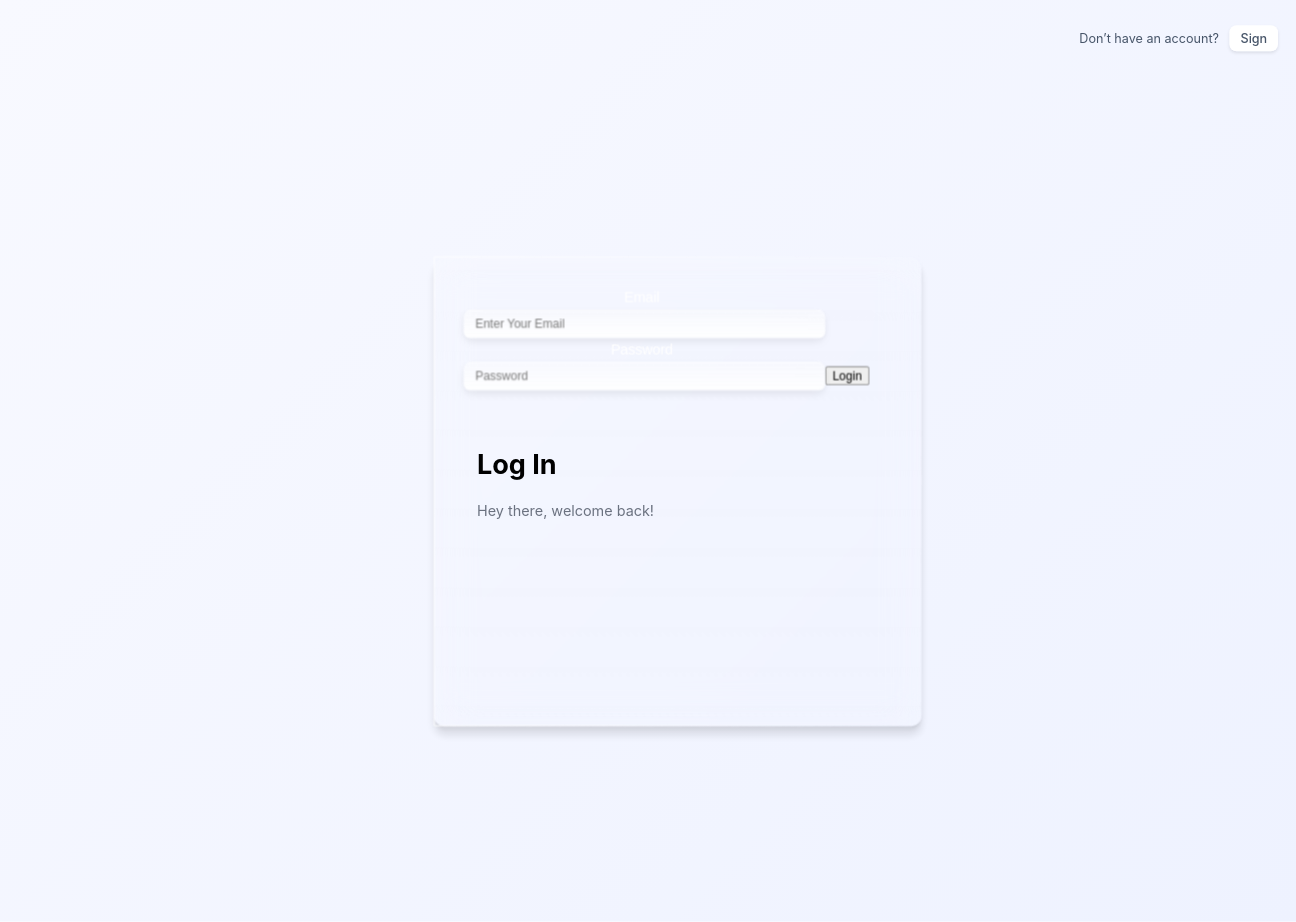
Repository: AfifaNoor/Admin_Panel-React-
Page: /sign-up
The author's editor kept a copy of each file at every save. The page is drawn from the files as they stood at one save, then again after the next save.
The browser window is 1280 px wide. The page is 1440 px wide, so the pictures cover 1440 px, including what lies to the right of the window. The pictures show the whole page, at 90% of full size.
The project was rebuilt for these pictures with package versions that can differ from the ones it lists, and the page was loaded fresh each time. Also part of the build but not shown: src/SignUp.jsx.

Above is the page before, as saved 2025-07-10 16:09:41.

### src/App.js
import React from 'react'
import LoginPage from './LoginPage'
import { RouterProvider } from 'react-router-dom'
import Router from './Router'

const App = () => {
  return (
    <>
      {/* <RouterProvider router={Router}/> */}
      <LoginPage/>
    </>


  )
}

export default App

### src/LoginPage.jsx
import React, { useState } from 'react'
// import {Navigate, useNavigate} from 'react-router-dom';
import "./LoginPage.css"
import { ToastContainer, toast } from 'react-toastify';
import 'react-toastify/dist/ReactToastify.css';

const LoginPage = () => {
    const[email , setEmail]=useState('')
    const [password , setPassword] = useState('')
    // const navigate= useNavigate();

const handleSubmit =(e)=>{
    e.preventDefault();

 const hardcoreMail="login@gmail.com";
 const hardcorePassword = '1234567'

    if (email=== hardcoreMail && password === hardcorePassword){
        alert("Login Successfull")

    }else{
        alert("Invalid Credential")
    }

}



  return (
 <div className="login-container">

      <div className="signup-redirect">
        <p>
          Don’t have an account?{' '}
          {/* <span className="signup-link" onClick={() => navigate('/sign-up')}> */}
            {/* Sign Up */}
          {/* </span> */}
          <span className="signup-link" >
            Sign
          </span>
        </p>
      </div>

      <div className="title">
        <h1>Log In</h1>
        <p>Hey there, welcome back!</p>
      </div>

    <div>



    </div>

      <form className="login-form" onSubmit={handleSubmit}>
      <label className='form-label'>Email</label>
        <input
          type="email"
          className="form-input"
          value={email}
          placeholder="Enter Your Email"
          onChange={(e) => setEmail(e.target.value)}
          required
        />

        <label className='form-label'>Password</label>
        <input
          type="password"
          className="form-input"
          placeholder="Password"
          value={password}
          onChange={(e) => setPassword(e.target.value)}
          required
        />

        <button className="login-btn" type="submit">
          Login
        </button>

        {/* <ToastContainer /> */}
      </form>
    </div>
  );
}

export default LoginPage

### src/Router.jsx
import React from 'react';
import { createBrowserRouter , createRoutesFromElements , Route } from 'react-router-dom';
import LoginPage from './LoginPage';
import SignUp from './SignUp';

const Router = createBrowserRouter(
  createRoutesFromElements(
    <>

      <Route path='/sign-up' element={<SignUp/>}/>
      <Route path='login-page' element={<LoginPage/>}/>
    </>
  )
)

export default Router;

### src/LoginPage.css
.login-container {
  width: 1440px;
  height: 1024px;
  /* background: #FFFFFF; */
  opacity: 1;
  transform: rotate(0deg);
  display: flex;
  justify-content: center;
  align-items: center;
  background: linear-gradient(135deg, #f8f9ff, #eef2ff);
  flex-direction: column;
  /* font-family: 'Inter','sans-serif'; */
  position: relative;


}
.signup-redirect {
  position: absolute;
  top: 20px;
  right: 20px;
  font-size: 14px;
  color: #475569;
}

.signup-link {
  background: #ffffff;
  border-radius: 8px;
  padding: 6px 12px;
  margin-left: 8px;
  box-shadow: 0 2px 4px rgba(0,0,0,0.1);
  cursor: pointer;
  font-weight: 500;
  transition: all 0.3s ease;
}

.signup-link:hover {
  background: #f0f0f0;
}



.title{
  z-index: 3;
  width: 380px;
  height: 72px;
  opacity: 1;
  gap: 10px;
  margin-bottom: ;

}

.title h1 {
width: 380px;
height: 40px;
font-family: 'Inter', sans-serif;
font-weight: 600px;
font-size: 30px;
line-height: 40px;
letter-spacing: -1%;
}

.title p{
  font-size: 16px;
  font-style: Inter;
  font-weight: 400px;
  font-style:normal;
  line-height: 22px;
  letter-spacing: -1%;
  color: rgba(107, 114, 128, 1);

}

.login-form{
  width: 476px;
  height: 456px;
  position: absolute;
  top: 284.5px;
  left: 482px;
  border-radius: 12px;
  padding: 32px;
  gap: 10px;
  opacity: 1;
  flex-direction: column;

  z-index: 2;

  background: linear-gradient(180deg, rgba(255, 255, 255, 0) -9.58%, rgba(255, 255, 255, 0.052) 100%);
  border: 1px solid transparent;
  border-image-source: linear-gradient(93.78deg, #FFFFFF 8.04%, rgba(255, 255, 255, 0) 100%);
  border-image-slice: 1;


-webkit-backdrop-filter: blur(20px);
backdrop-filter: blur(20px);

box-shadow:
  0px 10px 10px 0px rgba(0, 0, 0, 0.10),
  0px 4px 4px 0px rgba(0, 0, 0, 0.05),
  0px 1px 0px 0px rgba(0, 0, 0, 0.05),
  inset 0px 20px 50px 0px rgba(255, 255, 255, 0.15);

}

.form-label{
width: 380px;
height: 22px;
transform: rotate(0deg);
opacity: 1;
gap: 12px;

font-family: 'Intern',sans-serif;
font-weight: 500px;
font-size: 16px;
line-height: 22px;
letter-spacing: -0.01em;

color:#FFFFFF;


border: none;
border-radius: 6px;
padding: 2px 8px;
cursor: pointer;
display: inline-flex;
align-items: center;
justify-content: center;

}

.form-input{

 width: 380px;
  height: 20px;
  min-width: 140px;
  max-width: 500px;
  transform: rotate(0deg);
  opacity: 1;
  border-radius: 8px;
  border-width: 1px;
  padding: 5px 8px 5px 12px;
  gap: 8px;

  background: linear-gradient(0deg, rgba(255, 255, 255, 0.9) 0%, rgba(255, 255, 255, 0.4) 100%);
  border: 1px solid transparent; /* fallback for border-image */

  border-image:
    linear-gradient(0deg, rgba(255, 255, 255, 0.1), rgba(255, 255, 255, 0.1)),
    linear-gradient(360deg, rgba(255, 255, 255, 0.5) 0%, rgba(255, 255, 255, 0) 100%);
  border-image-slice: 1;


  -webkit-backdrop-filter: blur(20px);
  backdrop-filter: blur(20px);
  box-shadow: 0 4px 10px rgba(0,0,0,0.08);
  cursor: pointer;
}

Loaded but not shown: public/index.html (common file); src/index.js (common file); src/index.css (common file); src/reportWebVitals.js (common file)

After the next save:
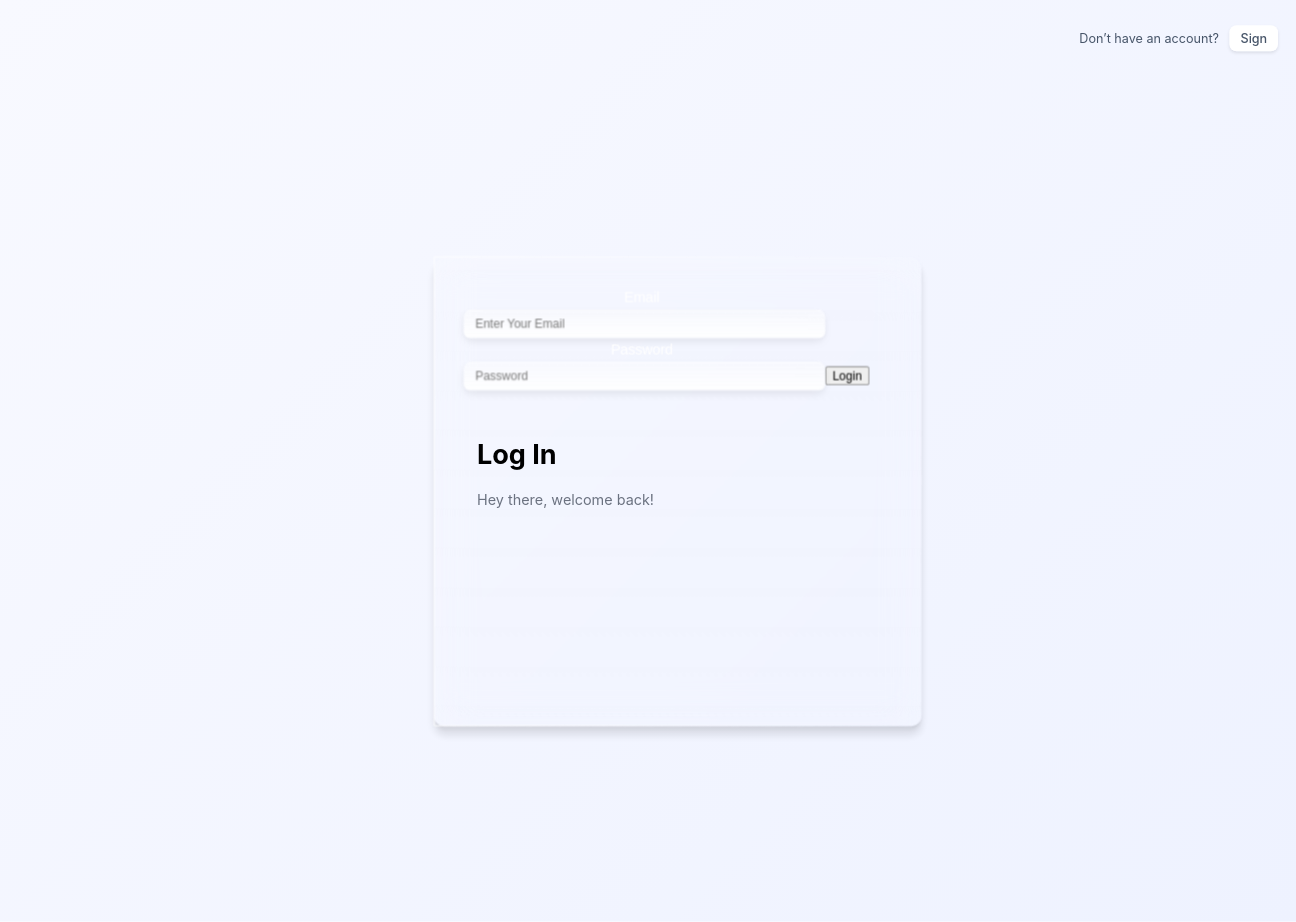
Saved 4 s later.
--- a/src/LoginPage.css
+++ b/src/LoginPage.css
@@ -45,7 +45,7 @@
   height: 72px;
   opacity: 1;
   gap: 10px;
-  margin-bottom: ;
+  margin-bottom: 24px;
 
 }
 
